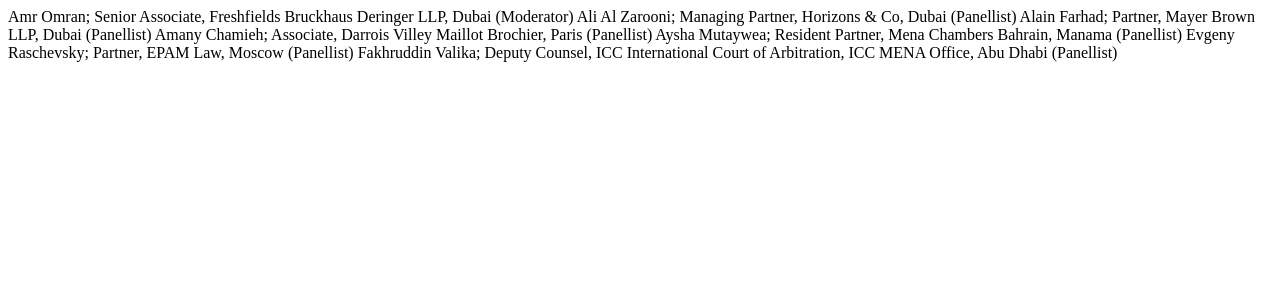
Repository: shifanafin/store-ap
Page: starter/Untitled-1.html
An editor plug-in stored every save of this project. The page is shown before and after the next save, followed by the edit.
The browser window is 1280 px wide. The pictures show the whole page.

Above is the page before, as saved 2023-09-28 18:12:20.

### starter/Untitled-1.html




Amr Omran; Senior Associate, Freshfields Bruckhaus Deringer LLP, Dubai (Moderator)
Ali Al Zarooni; Managing Partner, Horizons & Co, Dubai (Panellist)
Alain Farhad; Partner, Mayer Brown LLP, Dubai (Panellist)
Amany Chamieh; Associate, Darrois Villey Maillot Brochier, Paris (Panellist)
Aysha Mutaywea; Resident Partner, Mena Chambers Bahrain, Manama (Panellist)
Evgeny Raschevsky; Partner, EPAM Law, Moscow (Panellist)
Fakhruddin Valika; Deputy Counsel, ICC International Court of Arbitration, ICC MENA Office, Abu Dhabi (Panellist)

After the next save:
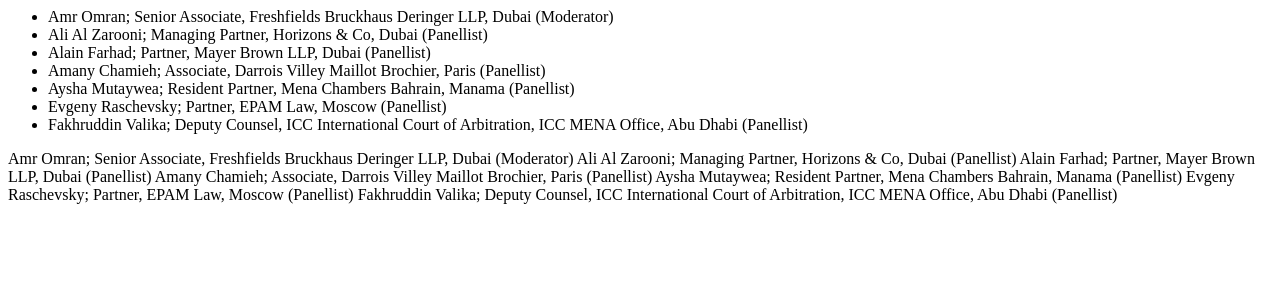
Saved 118 s later.
--- a/starter/Untitled-1.html
+++ b/starter/Untitled-1.html
@@ -1,4 +1,27 @@
+<ul>
+    <li>Amr Omran; Senior Associate, Freshfields Bruckhaus Deringer LLP, Dubai (Moderator)</li>
+    <li>Ali Al Zarooni; Managing Partner, Horizons & Co, Dubai (Panellist)</li>
+    <li>
+Alain Farhad; Partner, Mayer Brown LLP, Dubai (Panellist)
 
+    </li>
+    <li>
+        Amany Chamieh; Associate, Darrois Villey Maillot Brochier, Paris (Panellist)
+
+    </li>
+    <li>
+        Aysha Mutaywea; Resident Partner, Mena Chambers Bahrain, Manama (Panellist)
+
+    </li>
+    <li>
+        Evgeny Raschevsky; Partner, EPAM Law, Moscow (Panellist)
+
+    </li>
+    <li>
+        Fakhruddin Valika; Deputy Counsel, ICC International Court of Arbitration, ICC MENA Office, Abu Dhabi (Panellist)
+
+    </li>
+</ul>
 
 
 
